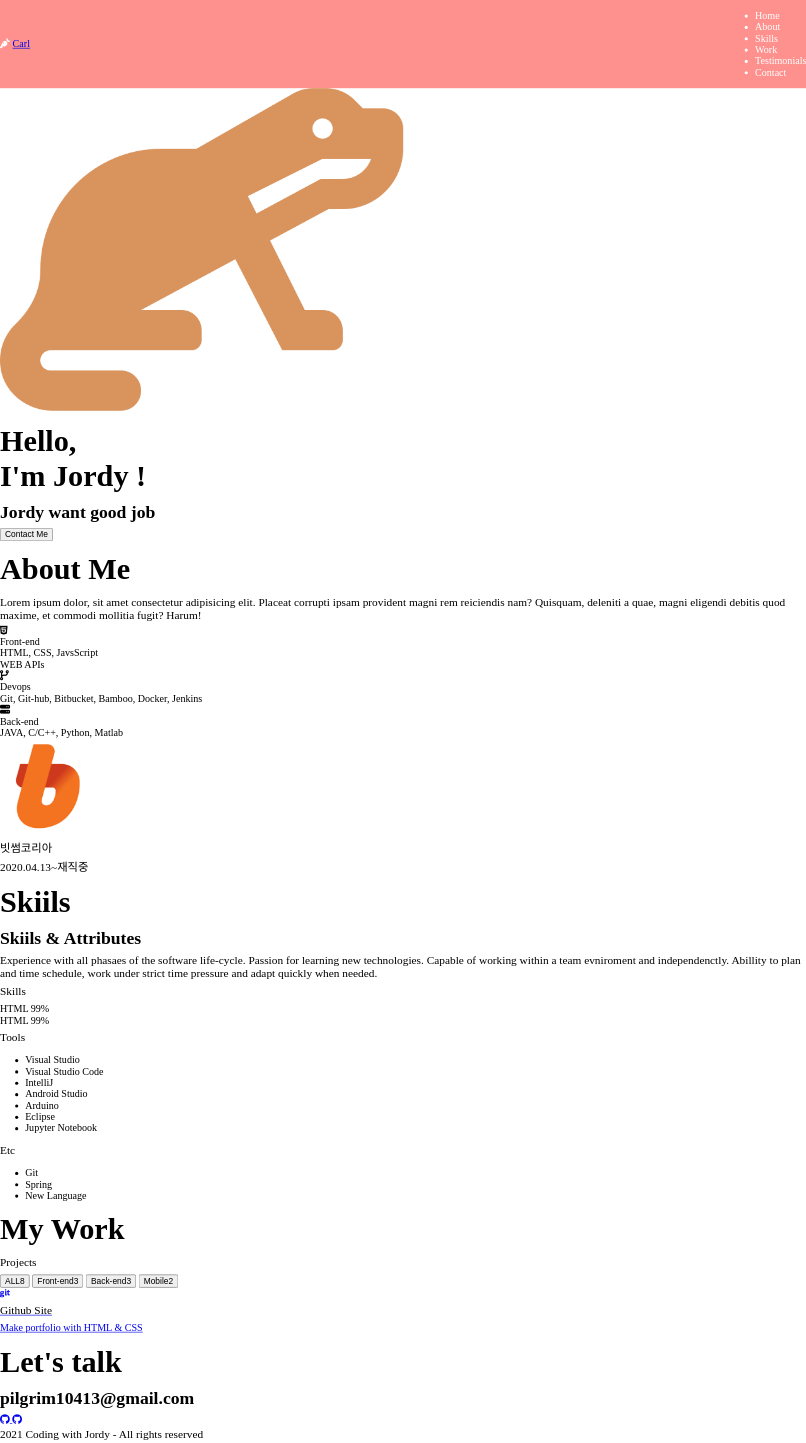
Repository: pilgrim13/Portfolio
Page: index.html
The author's editor kept a copy of each file at every save. The page is drawn from the files as they stood at one save, then again after the next save.
The browser window is 1280 px wide. The pictures show the whole page, at 63% of full size.
Some web libraries are served in a nearby version.

Above is the page before, as saved 2021-01-11 17:33:50.

### index.html
<!DOCTYPE html>
<html lang="en">
	<!-- Header -->
	<head>
		<meta charset="UTF-8" />
		<meta name="viewport" content="width=device-width, initial-scale=1.0" />
		<title>Carl's WAS</title>
		<meta name="description" content="test WAS" />
		<meta name="author" content="Carl" />
		<link rel="icon" type="image/png" href="imgs/carrot.png" />
		<script
			src="https://kit.fontawesome.com/453419e5ae.js"
			crossorigin="anonymous"
		></script>
		<link rel="preconnect" href="https://fonts.gstatic.com" />
		<link
			href="https://fonts.googleapis.com/css2?family=Open+Sans:wght@400;600;700&display=swap"
			rel="stylesheet"
		/>
		<!-- css -->
		<!-- font-family: 'Open Sans', sans-serif; -->
		<link rel="stylesheet" href="style.css" />
		<script src="main.js" defer></script>
	</head>
	<body>
		<!-- Navbar -->
		<nav id="navbar">
			<div class="navbar__logo">
				<i class="fas fa-carrot"></i>
				<a href="#">Carl</a>
			</div>
			<div class="navbar__menu">
				<ul>
					<li class="navbar__menu__item">Home</li>
					<li class="navbar__menu__item">About</li>
					<li class="navbar__menu__item">Skills</li>
					<li class="navbar__menu__item">Work</li>
					<li class="navbar__menu__item">Testimonials</li>
					<li class="navbar__menu__item">Contact</li>
				</ul>
			</div>
		</nav>

		<!-- Home -->
		<section id="home">
			<img
				src="imgs/otter-solid.png"
				alt="Carl's profile photo"
				class="home__avatar"
			/>
			<h1 class="home__title">Hello, <br />I'm Jordy !</h1>
			<h2 class="home__description">Jordy want good job</h2>
			<button class="home__contact">Contact Me</button>
		</section>

		<!-- About -->
		<section id="about">
			<h1>About Me</h1>
			<p>
				Lorem ipsum dolor, sit amet consectetur adipisicing elit. Placeat
				corrupti ipsam provident magni rem reiciendis nam? Quisquam, deleniti a
				quae, magni eligendi debitis quod maxime, et commodi mollitia fugit?
				Harum!
			</p>
			<div class="about__majors">
				<div class="major">
					<div class="major__icon">
						<i class="fab fa-html5"></i>
					</div>
					<div class="major__title">Front-end</div>
					<div class="major__description">
						HTML, CSS, JavsScript <br />WEB APIs
					</div>
				</div>
				<div class="major">
					<div class="major__icon">
						<i class="fas fa-code-branch"></i>
					</div>
					<div class="major__title">Devops</div>
					<div class="major__description">
						Git, Git-hub, Bitbucket, Bamboo, Docker, Jenkins
					</div>
				</div>
				<div class="major">
					<div class="major__icon">
						<i class="fas fa-server"></i>
					</div>
					<div class="major__title">Back-end</div>
					<div class="major__description">JAVA, C/C++, Python, Matlab</div>
				</div>
			</div>
			<!-- <i class="fas fa-mobile-alt"></i> -->
			<!-- <i class="fas fa-server"></i> -->
			<!-- <i class="fas fa-code-branch"></i> -->
			<div class="about__jobs">
				<div class="job">
					<img src="imgs/bithumb_logo.png" alt="bithumb" class="job__logo" />
					<p class="job__name">빗썸코리아</p>
					<p class="job__period">2020.04.13~재직중</p>
				</div>
			</div>
		</section>

		<!-- Skills -->
		<section id="skills">
			<h1>Skiils</h1>
			<h2>Skiils & Attributes</h2>
			<p>
				Experience with all phasaes of the software life-cycle. Passion for
				learning new technologies. Capable of working within a team evniroment
				and independenctly. Abillity to plan and time schedule, work under
				strict time pressure and adapt quickly when needed.
			</p>
			<div class="skillset">
				<div class="skillset__left">
					<h3 class="skillset__title">Skills</h3>
					<div class="skill">
						<div class="skill_description">
							<span>HTML</span>
							<span>99%</span>
						</div>
						<div class="skill__bar">
							<div class="skill_value"></div>
						</div>
					</div>
					<div class="skill">
						<div class="skill_description">
							<span>HTML</span>
							<span>99%</span>
						</div>
						<div class="skill__bar">
							<div class="skill_value"></div>
						</div>
					</div>
				</div>
				<div class="skillset__right">
					<div class="tools">
						<h3 class="skillset_title">Tools</h3>
						<ul class="tools__list">
							<li><span>Visual Studio</span></li>
							<li><span>Visual Studio Code</span></li>
							<li><span>IntelliJ</span></li>
							<li><span>Android Studio</span></li>
							<li><span>Arduino</span></li>
							<li><span>Eclipse</span></li>
							<li><span>Jupyter Notebook</span></li>
						</ul>
					</div>
					<div class="etc">
						<h3 class="skillset_title">Etc</h3>
						<ul class="etc__list">
							<li><span>Git</span></li>
							<li><span>Spring</span></li>
							<li><span>New Language</span></li>
						</ul>
					</div>
				</div>
			</div>
		</section>

		<!-- Work -->
		<section id="work">
			<h1>My Work</h1>
			<h3>Projects</h3>
			<div class="work__categories">
				<button class="category__btn">
					ALL<span class="category__count">8</span>
				</button>
				<button class="category__btn">
					Front-end<span class="category__count">3</span>
				</button>
				<button class="category__btn">
					Back-end<span class="category__count">3</span>
				</button>
				<button class="category__btn">
					Mobile<span class="category__count">2</span>
				</button>
			</div>

			<div class="work__projects">
				<a
					href="https://github.com/pilgrim13/Portfolio"
					class="project"
					target="blank"
				>
					<i class="fab fa-git project__img" alt="github"></i>
					<!-- TODO. Link -> Img change -->
					<!-- <img src="imgs/carrot.png" alt="github"> -->
					<div class="project__description">
						<h3>Github Site</h3>
						<span>Make portfolio with HTML & CSS</span>
					</div>
				</a>
			</div>
		</section>

		<!-- Testimonials -->
		<section class="testimonials"></section>

		<!-- Contact -->
		<section id="contact">
			<h1 class="contact__title">Let's talk</h1>
			<h2 class="contact__email">pilgrim10413@gmail.com</h2>
			<div class="contact__links">
				<a href="https://github.com/pilgrim13" target="_blank">
					<i class="fab fa-github"></i>
				</a>
				<a href="#" target="_blank">
					<i class="fab fa-github"></i>
				</a>
			</div>
			<p class="contact__rights">
				2021 Coding with Jordy - All rights reserved
			</p>
		</section>
	</body>
</html>

### style.css
/* Global */

:root {
	/* Color */
	--color-white: #ffffff;
	--color-light-white: #eeeeee;
	--color-dark-white: #bdbdbd;
	--color-pink: #fe918d;
	--color-dark-pink: #ff6863;
	--color-dark-grey: #4d4d4d;
	--color-grey: #616161;
	--color-light-grey: #7c7979;
	--color-blue: #73aace;
	--color-yellow: #fff7d1;
	--color-orange: #feb546;
	--color-black: #000000;

	/* Font size */
	--font-large: 48px;
	--font-medium: 28px;
	--font-regular: 18px;
	--font-small: 16px;
	--font-micro: 14px;

	/* Font weight */
	--weight-bold: 700;
	--weight-semi-bold: 600;
	--weight-regular: 400;

	/* Size */
	--margin-regular: 16px;
}

/* Body */
body {
	margin: 0;
}

/* Typography */

h1 {
	font-size: var(--font-large);
	font-weight: var(--weight-bold);
	color: var(--color-black);
	margin: 16px 0px;
}

h2 {
	font-size: var(--font-medium);
	font-weight: var(--weight-semi-bold);
	color: var(--color-black);
	margin: 8px 0;
}

h3 {
	font-size: var(--font-regular);
	font-weight: var(--weight-regular);
	color: var(--color-black);
	margin: 8px 0;
}

p {
	font-size: var(--font-regular);
	font-weight: var(--weight-regular);
	color: var(--color-black);
	margin: 4px 0;
}

/* Navbar */
#navbar {
	display: flex;
	justify-content: space-between;
	background-color: var(--color-pink);
	align-items: center;
	color: var(--color-white);
}

.navbar__menu {
	display: flex;
}

Loaded but not shown: main.js (no stored copy; drawn as an empty file)

After the next save:
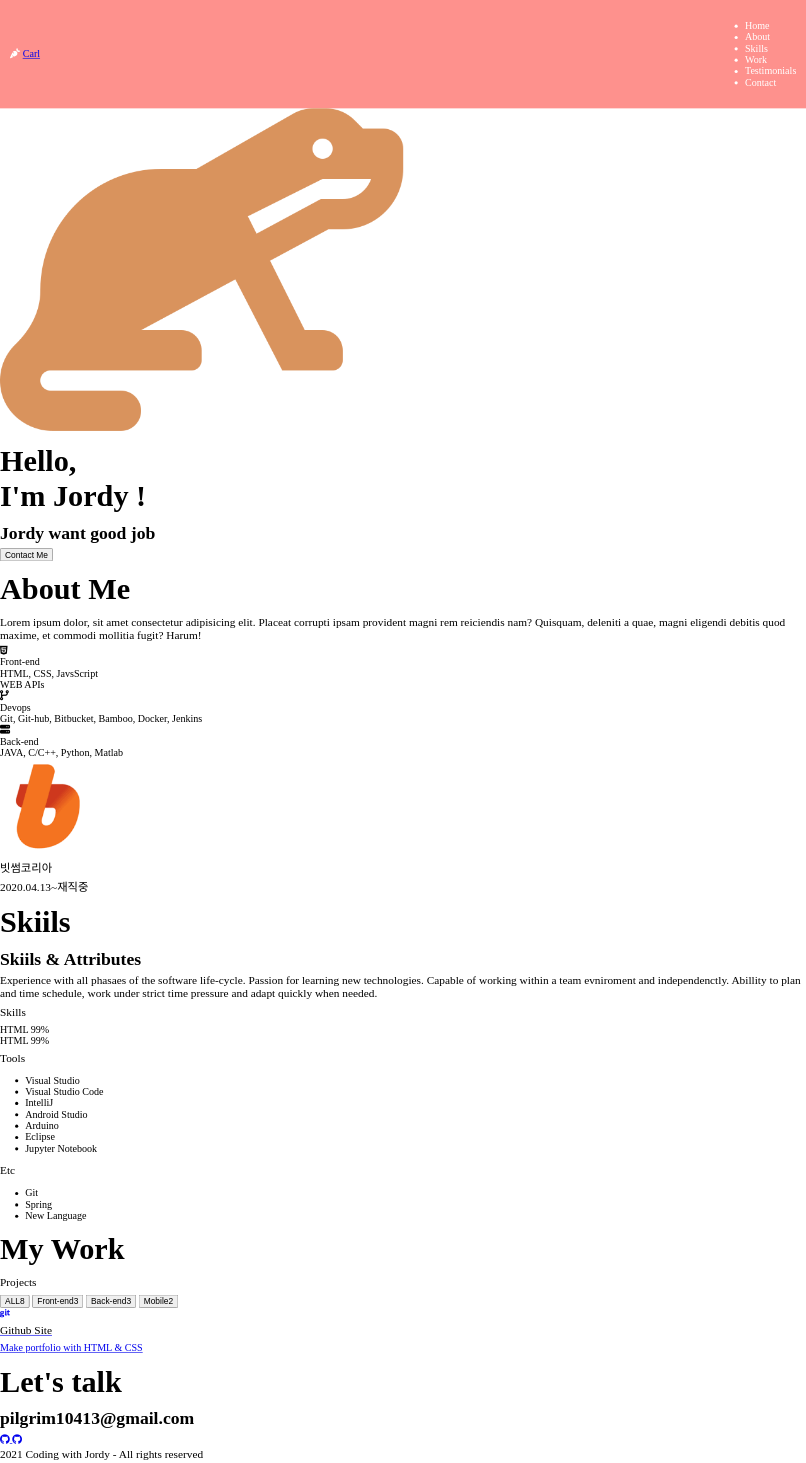
Saved 12 s later.
--- a/style.css
+++ b/style.css
@@ -73,6 +73,7 @@
 	background-color: var(--color-pink);
 	align-items: center;
 	color: var(--color-white);
+	padding: var(--margin-regular);
 }
 
 .navbar__menu {
